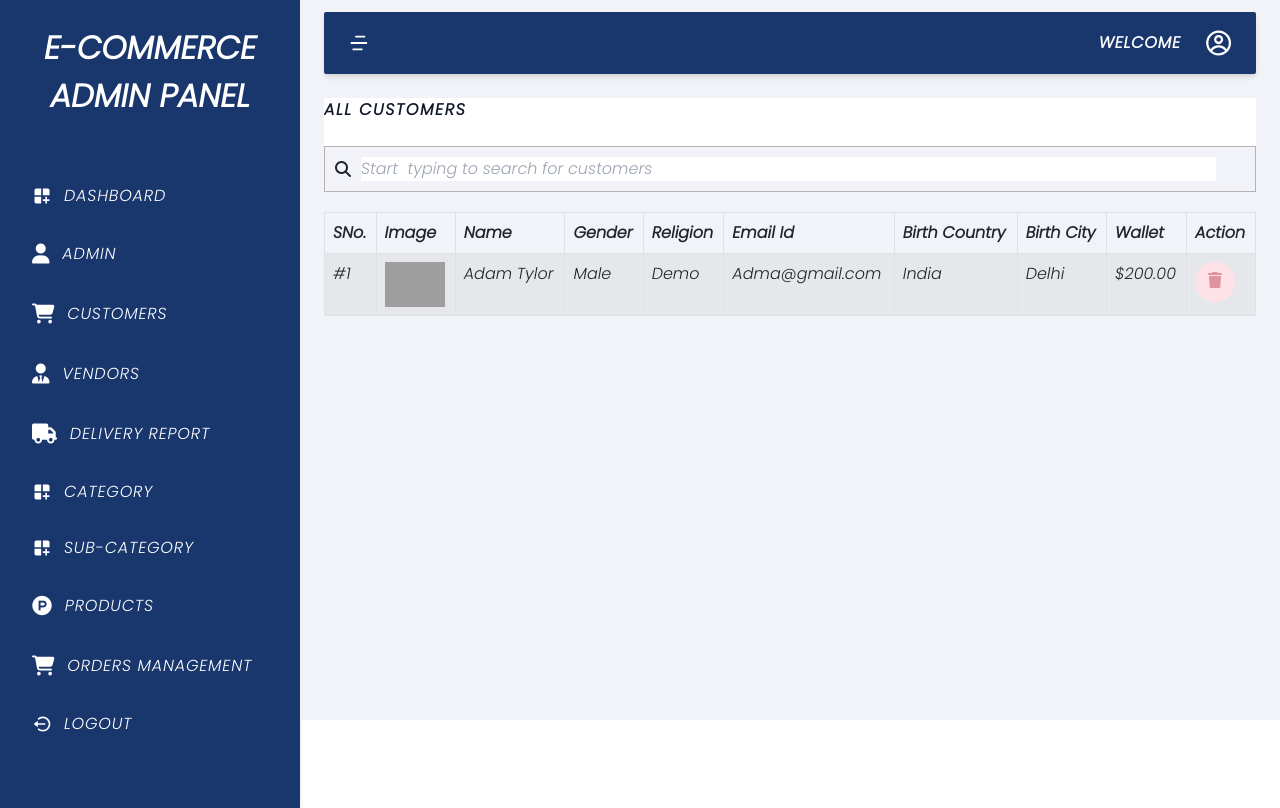
Repository: FlyweisReact/Hariom-Admin-Panel
Page: /E-Commerce/Admin/Customer
The author's editor kept a copy of each file at every save. The page is drawn from the files as they stood at one save, then again after the next save.
The browser window is 1280 px wide. The pictures show the whole page.
Pictures or frames that could not be fetched are drawn as grey boxes. Some web libraries are served in a nearby version. The project was rebuilt for these pictures with package versions that can differ from the ones it lists, and the page was loaded fresh each time. Also part of the build but not shown: src/vendorPanel/forms/VendorLogin.jsx, src/vendorPanel/layout/Navbar.jsx, src/vendorPanel/layout/Sidebar.jsx, src/vendorPanel/layout/HOC.jsx, src/vendorPanel/pages/AdminDiscount.js, src/vendorPanel/pages/AdminReview.js, src/vendorPanel/pages/Astrologers.js, src/vendorPanel/pages/Banners.js and 32 more.

Above is the page before, as saved 2023-04-26 18:57:02.

### public/index.html
<!-- @format -->

<!DOCTYPE html>
<html lang="en">
  <head>
    <meta charset="utf-8" />
    <meta name="viewport" content="width=device-width, initial-scale=1" />
    <meta name="theme-color" content="#000000" />
    <meta
      name="description"
      content="Web site created using create-react-app"
    />
    <link rel="apple-touch-icon" href="%PUBLIC_URL%/favicon.ico?v=2" />
    <link rel="manifest" href="%PUBLIC_URL%/manifest.json" />
    <link rel="preconnect" href="https://fonts.googleapis.com">
<link rel="preconnect" href="https://fonts.gstatic.com" crossorigin>
<link href="https://fonts.googleapis.com/css2?family=Roboto+Mono:ital,wght@1,300&display=swap" rel="stylesheet">
    <title>HariOm</title>
  </head>
  <body>
    <noscript>You need to enable JavaScript to run this app.</noscript>
    <div id="root"></div>
    <script src="https://code.jquery.com/jquery-3.6.0.min.js"></script>
    <script src="https://kit.fontawesome.com/b533b351e4.js" crossorigin="anonymous"></script>
  </body>
</html>

### src/index.js
import React from "react";
import ReactDOM from "react-dom/client";
import "./index.css";
import App from "./App";
import { BrowserRouter } from "react-router-dom";
import 'bootstrap/dist/css/bootstrap.min.css'

const root = ReactDOM.createRoot(document.getElementById("root"));
root.render(
  <React.StrictMode>
    <BrowserRouter>
      <App />
    </BrowserRouter>
  </React.StrictMode>
);

### src/index.css
/** @format */

@tailwind base;
@tailwind components;
@tailwind utilities;
@import url("https://fonts.googleapis.com/css2?family=Roboto+Mono:ital,wght@1,300&display=swap");
@font-face {
  font-family: Roboto;
  src: url("./Fonts/Poppins-LightItalic.ttf");
}
body {
  margin: 0;
  font-family: Roboto !important;
  -webkit-font-smoothing: antialiased;
  -moz-osx-font-smoothing: grayscale;
}

code {
  font-family: Roboto !important;
}

html {
  font-family: Roboto !important;
}

::-webkit-scrollbar {
  width: 10px;
}
.fa-trash {
  color: red;
  cursor: pointer;
}

.iCOn {

  transition: 0.5s;
  box-shadow: none;
  transform: scale(1);
}
.cardDiv{
  cursor: pointer;
}

.cardDiv:hover .iCOn{
  box-shadow: rgba(0, 0, 0, 0.35) 0px 5px 15px;
  transform: scale(1.3);
}

/* Track */
::-webkit-scrollbar-track {
  background: #f1f1f1;
}

/* Handle */
::-webkit-scrollbar-thumb {
  background: #888;
}

/* Handle on hover */
::-webkit-scrollbar-thumb:hover {
  background: #555;
}
.profileImage {
  width: 100px;
}
.fa-eye {
  color: #029aff;
  cursor: pointer;
}
.fa-edit {
  cursor: pointer;
  color: blue;
}

.View {
  border: 1px solid black;
  width: 100%;
  padding: 10px;
}

.main-card--container {
  display: grid;
  grid-template-columns: repeat(3, minmax(300px, 500px));
  grid-gap: 50px;
  justify-content: space-around;
}
.card-container {
  margin: 25px 0 auto;
  box-shadow: rgba(0, 0, 0, 0.35) 0px 5px 15px;
  position: relative;
  display: grid;
  grid-template-columns: 1fr;
  justify-content: space-around;
  align-items: flex-start;
}

.myEdit:focus {
  box-shadow: rgba(0, 0, 0, 0.35) 0px 5px 15px;
}



.AstroLogin{
  color: #fff;
  background-color: #2b7a8e;
  padding: 10px;
  width: 380px;
  text-align: center;
  font-size: 20px;
  background: linear-gradient(to left, #2b7a8e 50%, #fff 50%) right;
  background-size: 200%;
  transition: 0.5s ease-out;
  border: 1px solid #2b7a8e;
  margin-top: 10px;
  text-transform: uppercase;
}
.AstroLogin:hover {
  background-position: left;
  color: #2b7a8e;
}

.EcommerceAdminLogin{
  color: #fff;
  background-color: #19376d ;
  padding: 10px;
  width: 380px;
  text-align: center;
  font-size: 20px;
  background: linear-gradient(to left, #19376d 50%, #fff 50%) right;
  background-size: 200%;
  transition: 0.5s ease-out;
  border: 1px solid #19376d;
  margin-top: 10px;
  text-transform: uppercase;
}

.EcommerceAdminLogin:hover{
  background-position: left;
  color: #19376d;
}
.EcommerceVendorLogin{
  color: #fff;
  background-color: #576cbc;
  padding: 10px;
  width: 380px;
  text-align: center;
  font-size: 20px;
  background: linear-gradient(to left, #576cbc 50%, #fff 50%) right;
  background-size: 200%;
  transition: 0.5s ease-out;
  border: 1px solid #576cbc;
  margin-top: 10px;
  text-transform: uppercase;
}

.EcommerceVendorLogin:hover{
  background-position: left;
  color: #576cbc;
}

.view{
  background-color: #2196f3;
  color: #fff;
  width: 50%;
  padding: 5px;
}


.two-sec{
display:flex;
justify-content: space-evenly;
  justify-content: space-evenly;
}
.two-sec .left{
  width: 60%;
  background-color: #f6f1ef;
  padding: 20px;
 }
 .two-sec .left .head{
  font-size: 25px;
  font-weight: bold;
 }



.two-sec .right{
  width: 30%;
  background-color: #f6f1ef;
 }

 .searchDiv{
  width: 100%;
  display: flex;
  gap: 10px;
  border: 1px solid rgb(179, 179, 179);
  padding: 10px;
  margin-bottom: 20px;
  align-items: center;
 }
 .searchDiv input {
  width: 94%;
  outline: none;
  border: none;
 }

 .flexCont {
  display: flex;
  align-items: center;
  gap: 10px;
 }
 .flexCont img{
  width: 60px;
  background-color: #e9ecef;
 }

 .blockContent{
  display: block;
 }
 .blockContent p{
  margin: 0;
 }

 .checkBox{
  width: 50px;
  height: 25px;
  background-color: #e9ecef;
  border-radius: 50px;
  position: relative;
  cursor: pointer;
 }
 .checkBox span{
  width: 20px;
  height: 20px;
  border-radius: 100%;
  background-color: #fff;
  position: absolute;
  left: 5px;
  top: 2px;
 }
 .ActivecheckBox{
  width: 50px;
  height: 25px;
  background-color: #0d6efd;
  border-radius: 50px;
  position: relative;
  cursor: pointer;
 }
 .ActivecheckBox span{
  width: 20px;
  height: 20px;
  border-radius: 100%;
  background-color: #fff;
  position: absolute;
  right: 5px;
  top: 2px;
 }

 .fa-eye{
  color: #0cba73;
  background-color: #d6f8e8;
  width: 40px;
  text-align: center;
  height: 40px;
  display: flex;
  border-radius: 100%;
  justify-content: center;
  padding-top: 10px;  transition: 0.5s;
 }

 .fa-pen-to-square{
  color: #f4c39c;
  background-color: #ffebdb;
  width: 40px;
  text-align: center;
  height: 40px;
  display: flex;
  border-radius: 100%;
  justify-content: center;
  padding-top: 10px;
  cursor: pointer;  transition: 0.5s;
 }
 .fa-trash{
  color: #df939f;
  background-color: #ffe1e8;
  width: 40px;
  text-align: center;
  height: 40px;
  display: flex;
  border-radius: 100%;
  justify-content: center;
  padding-top: 10px;
  cursor: pointer;
  transition: 0.5s;
 }
 .fa-trash:hover{
  transform: scale(1.2);
 }
 .fa-eye:hover{
  transform: scale(1.2);
 }
 .fa-pen-to-square:hover{
  transform: scale(1.2);
 }
 .required{
  color: #e74260;
 }

 .headP{
  margin-left: 2%;
  color: #7b7c7d;
 }
 .filterBox{
  display: flex;
  align-items: center;
  gap: 10px;
  border-bottom: 1px solid #d4d7dc;
  padding-bottom: 20px;
  margin-bottom: 20px;
 }
 .filterBox img{
  width: 30px;

 }
 .filterBox input{
  width: 100%;
  border: 1px solid #d4d7dc;
  outline: none;
  padding: 5px;
  color: black;
 }
 .sectionCont{
  width: 98%;
  background-color: #fff;
  margin-left: 2%;
  padding: 20px;
 }

 .overFlowCont{
  width: 100%;
  overflow-x: auto;
 }

### src/App.js
/** @format */

import { Routes, Route } from "react-router-dom";
import { ToastContainer } from "react-toastify";
import "react-toastify/dist/ReactToastify.css";
import VendorLogin from "./vendorPanel/forms/VendorLogin";
import AdminDiscount from "./vendorPanel/pages/AdminDiscount";
import AdminReview from "./vendorPanel/pages/AdminReview";
import Astrologers from "./vendorPanel/pages/Astrologers";
import Banners from "./vendorPanel/pages/Banners";
import Booking from "./vendorPanel/pages/Booking";
import Horoscope from "./vendorPanel/pages/Horoscope";
import Kundli from "./vendorPanel/pages/Kundli";
import Message from "./vendorPanel/pages/Message";
import UploadDocs from "./vendorPanel/pages/UploadDocs";
import Users from "./vendorPanel/pages/Users";
import VendorDashboard from "./vendorPanel/pages/VendorDashboard.jsx";
import AdminUsers from "./vendorPanel/pages/AdminUsers";
import AdminBlogs from "./vendorPanel/pages/AdminBlogs";
import AdminCategory from "./vendorPanel/pages/AdminCategory";
import Support from "./vendorPanel/pages/Support";
import AdminTerms from "./vendorPanel/pages/AdminTerms";
import Login from "./E-CommerceAdmin/forms/Login";
import Dashboard from "./E-CommerceAdmin/pages/Dashboard";
import ECategory from "./E-CommerceAdmin/pages/ECategory";
import EProduct from "./E-CommerceAdmin/pages/EProduct";
import EVendorLogin from './E-CommerceVendor/forms/EVendorLogin'
import EVDashboard from "./E-CommerceVendor/pages/EVDashboard";
import EVCategory from "./E-CommerceVendor/pages/EVCategory";
import EVProduct from "./E-CommerceVendor/pages/EVProduct";
import EVendorList from "./E-CommerceAdmin/pages/EVendorList";
import EAdminOrders from "./E-CommerceAdmin/pages/EAdminOrders";
import EAdminProduct from "./E-CommerceAdmin/pages/EAdminProduct";
import EAdminDelivery from "./E-CommerceAdmin/pages/EAdminDelivery";
import EAdminCustomer from "./E-CommerceAdmin/pages/EAdminCustomer";
import EAdmin from "./E-CommerceAdmin/pages/EAdmin";
import ESubCategory from "./E-CommerceAdmin/pages/ESubCategory";
import ESingleProduct from "./E-CommerceAdmin/pages/ESingleProduct";
import EVSubCategory from "./E-CommerceVendor/pages/EVSubCategory";
import EVOrders from "./E-CommerceVendor/pages/EVOrders";
function App() {
  return (
    <>
      <ToastContainer />

      <Routes>
        {/* Astrologer Admin Panel */}
        <Route path="/" element={<VendorLogin />} />
        <Route path="/vendorDashboard" element={<VendorDashboard />} />
        <Route path="/astro" element={<Astrologers />} />
        <Route path="/kundli" element={<Kundli />} />
        <Route path="/horo" element={<Horoscope />} />
        <Route path="/adminReviews" element={<AdminReview />} />
        <Route path="/uploadDocs" element={<UploadDocs />} />
        <Route path="/Banners" element={<Banners />} />
        <Route path="/AdminDiscount" element={<AdminDiscount />} />
        <Route path="/msg" element={<Message />} />
        <Route path="/book" element={<Booking />} />
        <Route path="/privacy-policy" element={<Users />} />
        <Route path="/admin/users" element={<AdminUsers />} />
        <Route path="/admin/blogs" element={<AdminBlogs />} />
        <Route path="/admin/category" element={<AdminCategory />} />
        <Route path="/admin/support" element={<Support />} />
        <Route path="/admin/terms" element={<AdminTerms />} />
        {/* ----------------------------------------- */}

        {/* E-Commerce Admin Panel */}
          <Route path="/E-Commerce/login" element={<Login />} />
          <Route path="/E-Commerce/dashboard" element={<Dashboard />} />
          <Route path="/E-Commerce/Category" element={<ECategory />} />
          <Route path="/E-Commerce/Product" element={<EProduct />} />
          <Route path="/E-Commerce/VendorList" element={<EVendorList />} />
          <Route path="/E-commerce/Admin/Orders" element={<EAdminOrders />} />
          <Route path="/E-Commerce/Admin/Product/:id" element={<EAdminProduct />} />
          <Route path="/E-Commerce/Admin/Delivery" element={<EAdminDelivery />} />
          <Route path="/E-Commerce/Admin/Customer" element={<EAdminCustomer />} />
          <Route path="/E-Commerce/Admin" element={<EAdmin />} />
          <Route path="/E-Commerce/Admin/subCat" element={<ESubCategory />} />
          <Route path="/E-Commerce/Admin/Sproduct/:id" element={<ESingleProduct />} />
        {/* ------------------------------- */}


        {/* E-Commerce Vendor Panel */}
        <Route path="/E-Commerce/vendor/login" element={<EVendorLogin />} />
        <Route path="/E-Commerce/vendor/dashboard" element={<EVDashboard />} />
        <Route path="/E-Commerce/vendor/category" element={<EVCategory />} />
        <Route path="/E-Commerce/vendor/product" element={<EVProduct />} />
        <Route path="/E-Commerce/vendor/subCategory" element={<EVSubCategory />} />
        <Route path="/E-Commerce/vendor/order" element={<EVOrders />} />

        {/* ------------------------------ */}
      </Routes>
    </>
  );
}

export default App;

### src/E-CommerceAdmin/pages/EAdminCustomer.js
/** @format */

import React from "react";
import { Table } from "react-bootstrap";
import HOC from "../layout/HOC";

const EAdminCustomer = () => {
  return (
    <>
        <div className="pb-4 sticky top-0  w-full flex justify-between items-center bg-white">
          <span className="tracking-widest text-slate-900 font-semibold uppercase ">
            All Customers
          </span>
        </div>

        <div className="searchDiv">
          <i className="fa-solid fa-magnifying-glass"></i>
          <input
            type="search"
            placeholder="Start  typing to search for customers"
          />
        </div>

        <div style={{ width: "100%", overflow: "auto" }}>
          <Table striped bordered hover>
            <thead>
              <tr>
                <th>SNo.</th>
                <th>Image</th>
                <th>Name</th>
                <th>Gender</th>
                <th>Religion</th>
                <th>Email Id</th>
                <th>Birth Country</th>
                <th>Birth City</th>
                <th>Wallet</th>
                <th>Action</th>
              </tr>
            </thead>
            <tbody>
              <tr>
                <td>#1</td>
                <td>
                  <img
                    src="https://images.unsplash.com/photo-1633332755192-727a05c4013d?ixlib=rb-4.0.3&ixid=MnwxMjA3fDB8MHxzZWFyY2h8Mnx8dXNlcnxlbnwwfHwwfHw%3D&w=1000&q=80"
                    alt=""
                    style={{ width: "60px" }}
                  />
                </td>
                <td>Adam Tylor</td>
                <td>Male</td>
                <td>Demo</td>
                <td>Adma@gmail.com</td>
                <td>India</td>
                <td>Delhi</td>
                <td>$200.00</td>
                <td>
                  <i className="fa-solid fa-trash" />
                </td>
              </tr>
            </tbody>
          </Table>
        </div>
      </>
  );
};

export default HOC(EAdminCustomer);

### src/E-CommerceAdmin/layout/HOC.jsx
/** @format */

import React, { useState } from "react";
import Navbar from "./Navbar";
import Sidebar from "./Sidebar";

const HOC = (Wcomponenet) => {
  return function Component() {
    const [hamb, setHamb] = useState(false);
    return (
      <>
        <section className="flex overflow-x-hidden relative ">
          {/* Sidebar */}
          <div
            className={
              hamb
                ? " absolute top-0 z-30 md:w-auto shadow-md bg-slate-200  w-60 transition-all md:-left-full left duration-150  h-auto overflow-y-auto  left-0 "
                : " md:w-72 z-30 bg-slate-200  shadow-md  md:static absolute top-0 -left-full   transition-all duration-150  overflow-y-auto h-auto"
            }
            style={{ minWidth: "300px" }}
          >
            <Sidebar hamb={hamb} setHamb={setHamb} />
          </div>
          {/* Components & Navbar */}
          <div
            className={
              hamb
                ? " transition-all px-4 py-2  duration-150 w-full h-screen"
                : " w-full h-screen  px-4 py-2   z-50 transition-all duration-150 "
            }
            style={{backgroundColor : '#f2f3f8'}}
          >
            <Navbar hamb={hamb} setHamb={setHamb} />
            <div className="my-6 text-#000 h-[87%] wcomp overflow-y-auto">
              {" "}
              <Wcomponenet />
            </div>
          </div>
        </section>
      </>
    );
  };
};

export default HOC;

### src/E-CommerceAdmin/layout/Navbar.jsx
/** @format */

import { RiMenu4Line } from "react-icons/ri";
import { CgProfile } from "react-icons/cg";
import Form from "react-bootstrap/Form";
import { useState } from "react";
import Button from "react-bootstrap/Button";
import Modal from "react-bootstrap/Modal";
import Container from "react-bootstrap/Container";

function MyVerticallyCenteredModal(props) {
  return (
    <Modal
      {...props}
      size="lg"
      aria-labelledby="contained-modal-title-vcenter"
      centered
    >
      <Modal.Header closeButton>
        <Modal.Title id="contained-modal-title-vcenter">
          Edit Profile
        </Modal.Title>
      </Modal.Header>
      <Modal.Body>
        <Container style={{ width: "600px" }}>
          <Form>
            <Form.Group className="mb-3" controlId="formBasicEmail">
              <Form.Label>Name</Form.Label>
              <Form.Control type="text" placeholder="Admin" />
            </Form.Group>
            <Form.Group className="mb-3" controlId="formBasicPassword">
              <Form.Label>Email Address</Form.Label>
              <Form.Control type="email" placeholder="admin@gmail.com" />
            </Form.Group>
            <Form.Group className="mb-3" controlId="formBasicPassword">
              <Form.Label>Password</Form.Label>
              <Form.Control type="password" placeholder="Password" />
            </Form.Group>
            <Button variant="outline-success" type="submit">
              Edit
            </Button>
          </Form>
        </Container>
      </Modal.Body>
    </Modal>
  );
}

const Navbar = ({ hamb, setHamb }) => {
  const [modalShow, setModalShow] = useState(false);

  return (
    <>
      <MyVerticallyCenteredModal
        show={modalShow}
        onHide={() => setModalShow(false)}
      />

      <div
        className={
          hamb
            ? "flex  w-full justify-between  my-1 rounded-sm  p-4 py-3 shadow-md items-center  bg-slate-200 space-x-4"
            : "flex  w-full justify-between my-1 rounded-sm  p-4 py-3 shadow-md items-center  bg-slate-200 space-x-4"
        }
        style={{backgroundColor : '#19376d'}}
      >
        <RiMenu4Line
          onClick={() => setHamb(!hamb)}
          className="text-2xl font-bold text-gray-900 hover:scale-90 cursor-pointer"
          style={{color : '#fff'}}
        />

        <section className="flex sm:ml-auto justify-end sm:w-full items-center space-x-2  pr-2">
          <figcaption className="tracking-wider pl-1 font-semibold">
            <div className="lg:text-base text-sm text-gray-900  uppercase"    style={{color : '#fff'}}>
              Welcome
            </div>
          </figcaption>
        </section>

        <CgProfile
          onClick={() => setModalShow(true)}
          className="text-2xl sm:text-3xl font-bold text-[rgb(241,146,46)] cursor-pointer"
          style={{color : '#fff'}}
        />
      </div>
    </>
  );
};

export default Navbar;

### src/E-CommerceAdmin/layout/Sidebar.jsx
/** @format */

import React from "react";
import { RiCloseLine } from "react-icons/ri";
import { Link, useNavigate } from "react-router-dom";
import { BiLogOutCircle } from "react-icons/bi";
import { MdDashboardCustomize } from "react-icons/md";

const Sidebar = ({ hamb, setHamb }) => {
  const navigate = useNavigate();

  const nav = [
    {
      icon: <MdDashboardCustomize className="text-xl mr-3 rounded-full " />,
      link: "/E-Commerce/dashboard",
      name: "Dashboard",
    },

    {
      icon: (
        <i class="fa-solid fa-user text-xl mr-3 rounded-full"></i>
        ),
      link: "/E-Commerce/Admin",
      name: "Admin",
    },
    {
      icon: (
        <i className="fa-solid fa-cart-shopping text-xl mr-3 rounded-full"></i>
      ),
      link: "/E-Commerce/Admin/Customer",
      name: "Customers",
    },
    {
      icon:<i class="fa-solid fa-user-tie text-xl mr-3 rounded-full"></i>,
      link: "/E-Commerce/VendorList",
      name: "Vendors",
    },

    {
      icon: (
        <i class="fa-solid fa-truck  text-xl mr-3 rounded-full" ></i>
      ),
      link: "/E-Commerce/Admin/Delivery",
      name: "Delivery Report",
    },

    {
      icon: <MdDashboardCustomize className="text-xl mr-3 rounded-full " />,
      link: "/E-Commerce/Category",
      name: "Category",
    },

    {
      icon: (
        <MdDashboardCustomize className="text-xl mr-3 rounded-full " />
      ),
      link: "/E-Commerce/Admin/subCat",
      name: "Sub-Category",
    },

    {
      icon:<i className="fa-brands fa-product-hunt text-xl mr-3 rounded-full"></i>,
      link: "/E-Commerce/Product",
      name: "Products",
    },

    {
      icon: (
        <i className="fa-solid fa-cart-shopping text-xl mr-3 rounded-full"></i>
      ),
      link: "/E-commerce/Admin/Orders",
      name: "Orders Management",
    },
  ];

  const logOut = () => {
    navigate("/E-Commerce/login");
  };

  return (
    <>
      <aside
        className="p-4 h-auto"
        style={{ backgroundColor: "#19376d", minHeight: "100vh" }}
      >
        {/* Top */}
        <div className="w-full md:hidden relative  p-2 mb-4">
          <RiCloseLine
            onClick={() => setHamb(!hamb)}
            className="text-3xl  absolute top-2 sm:hover:rotate-[228deg] transition-transform font-bold right-2 sm:hover:text-[22px] text-[rgb(241,146,46)] cursor-pointer"
          />
        </div>{" "}
        <figure className="flex  flex-col items-center">
          <span
            className="font-bold text-[#fff]"
            style={{
              fontSize: "2rem",
              textAlign: "center",
              textTransform: "uppercase",
            }}
          >
            E-COMMERCE ADMIN PANEL
          </span>
        </figure>
        <nav className="py-6">
          {nav.map((nav) => {
            return (
              <Link
                to={nav.link}
                key={nav.name}
                className=""
                style={{ textDecoration: "none", textTransform: "uppercase" }}
              >
                <span
                  className="flex my-3 items-center cursor-pointer text-gray-900    tracking-wider p-2 rounded-sm"
                  style={{ color: "#FFF" }}
                >
                  {nav.icon} {nav.name}
                </span>
              </Link>
            );
          })}
          <span
            className="flex my-3 items-center cursor-pointer text-gray-900    tracking-wider p-2 rounded-sm"
            onClick={() => logOut()}
            style={{ color: "#FFF", textTransform: "uppercase" }}
          >
            <BiLogOutCircle className="text-xl mr-3 rounded-full " /> LogOut
          </span>
        </nav>
      </aside>
    </>
  );
};

export default Sidebar;

Loaded but not shown: tailwind.config.js (common file)

After the next save:
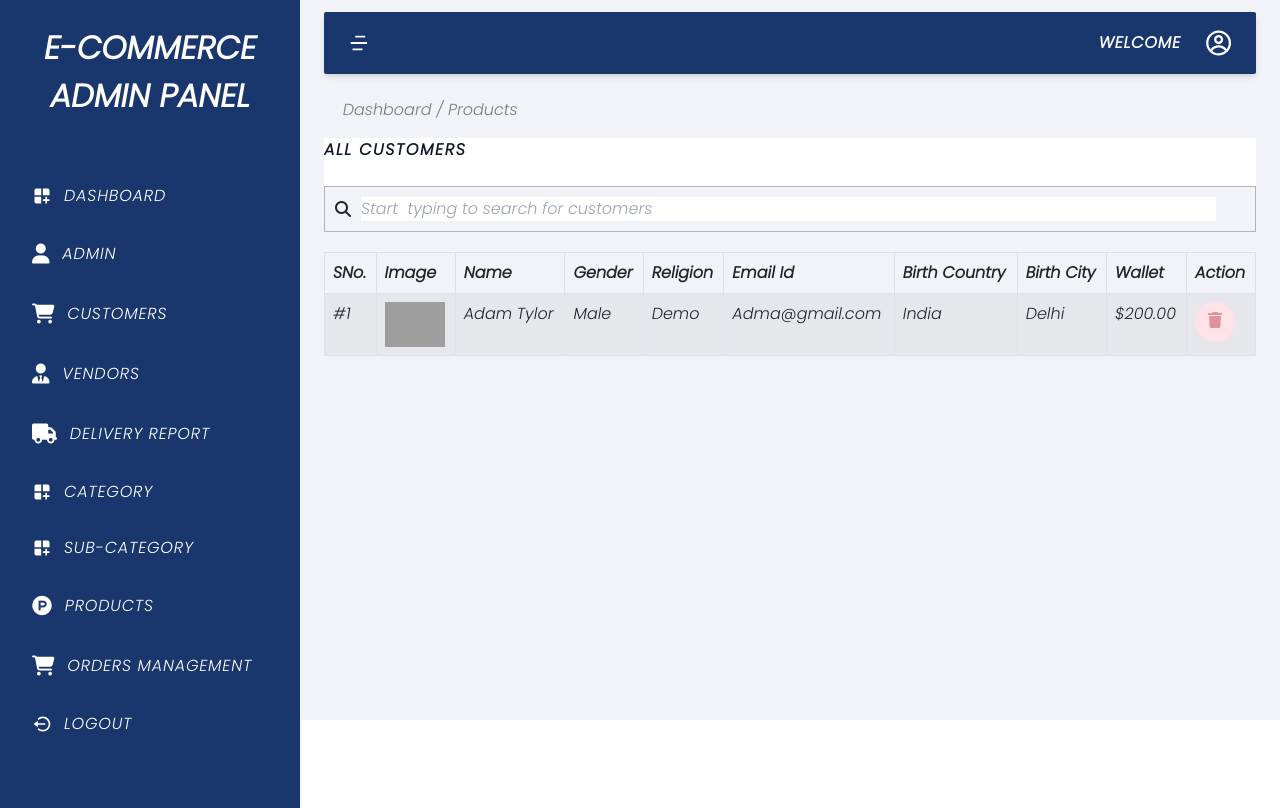
Saved 7 s later.
--- a/src/E-CommerceAdmin/pages/EAdminCustomer.js
+++ b/src/E-CommerceAdmin/pages/EAdminCustomer.js
@@ -7,6 +7,7 @@ import HOC from "../layout/HOC";
 const EAdminCustomer = () => {
   return (
     <>
+      <p className="headP">Dashboard / Products</p>
         <div className="pb-4 sticky top-0  w-full flex justify-between items-center bg-white">
           <span className="tracking-widest text-slate-900 font-semibold uppercase ">
             All Customers
